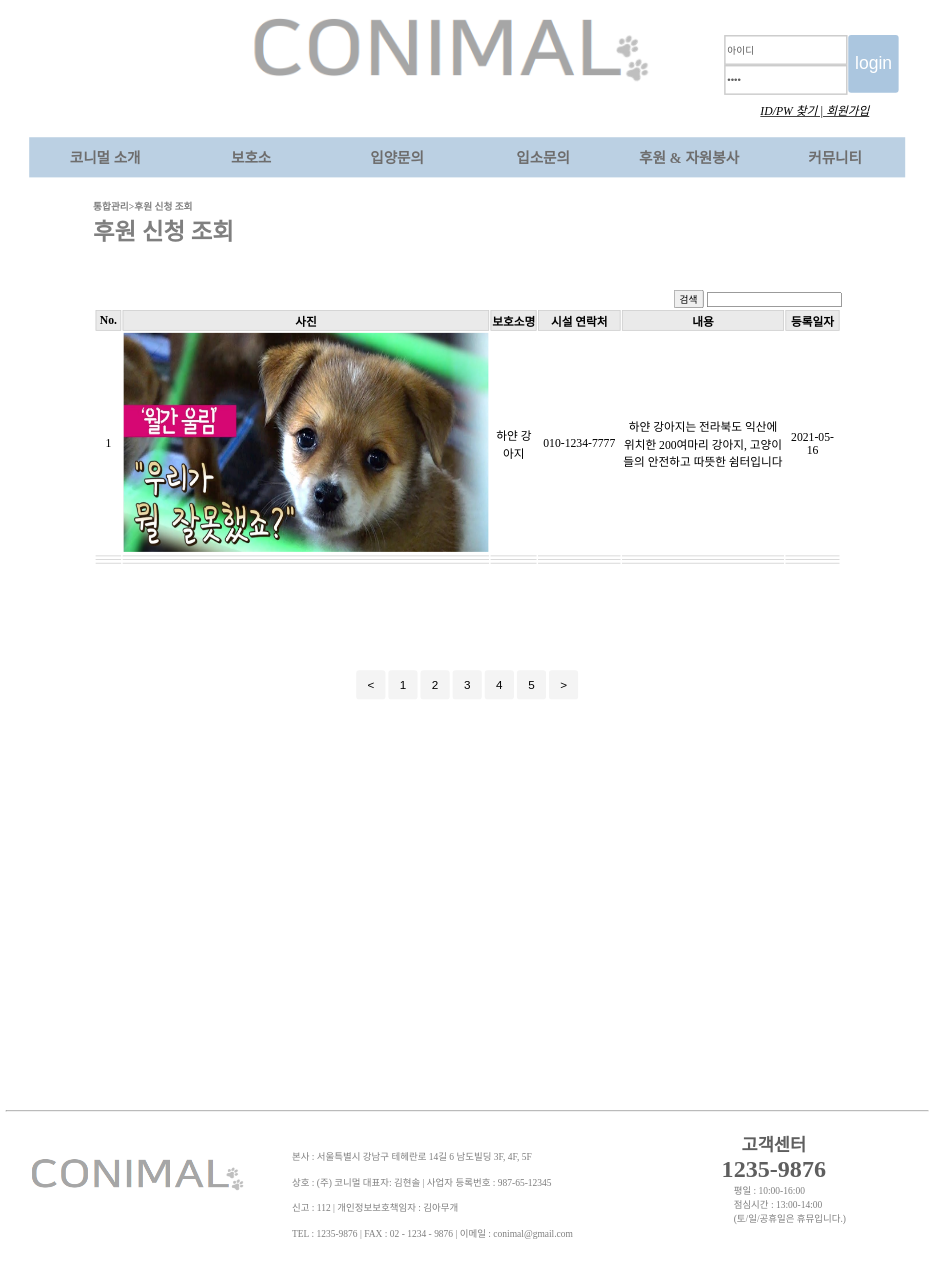
Repository: rlagusthf12/SemiProject
Page: http://localhost/jspProject/views/support/support.jsp
An editor plug-in stored every save of this project. The page is shown before and after the next save, followed by the edit.
The browser window is 1280 px wide. The pictures show the whole page, at 73% of full size.
The page is served by Tomcat 9.

Above is the page before, as saved 2021-05-18 10:21:00.

After the next save:
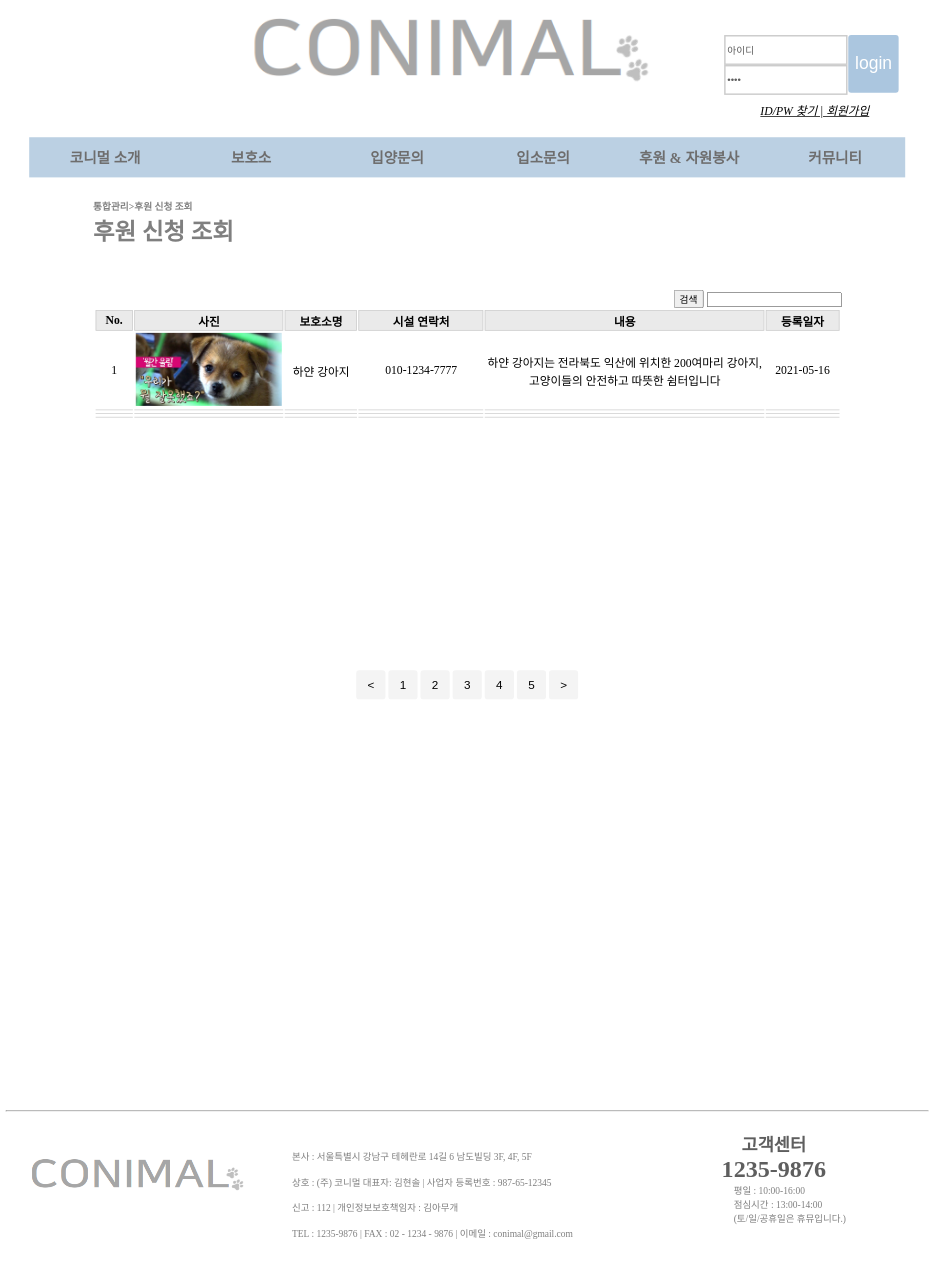
Saved 8 s later.
--- a/jspProject/WebContent/views/support/support.jsp
+++ b/jspProject/WebContent/views/support/support.jsp
@@ -102,7 +102,7 @@
             <tbody>
                  <tr>
 		                 <td>1</td>
-		                 <td><img src="resources/images/slide.png" width="500px" height="300px" ></td>
+		                 <td><img src="resources/images/slide.png" width="200px" height="100px" ></td>
 		                 <td>하얀 강아지</td>
 		                 <td>010-1234-7777</td>
 		                 <td>하얀 강아지는 전라북도 익산에 위치한 200여마리 강아지, 고양이들의 안전하고 따뜻한 쉼터입니다</td>
